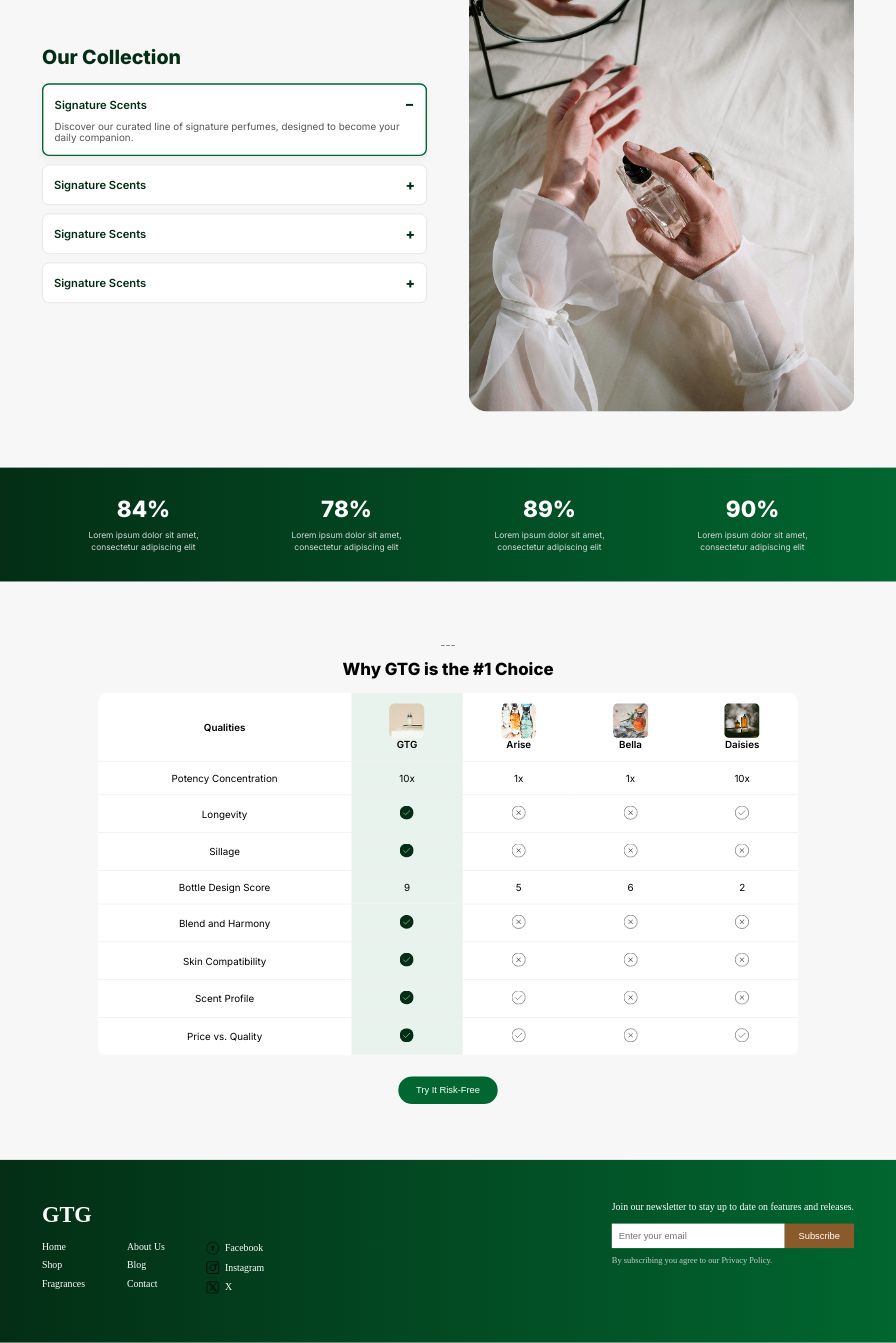
Repository: Prakashadavi/Assignment
Page: index.html
An editor plug-in stored every save of this project. The page is shown before and after a run of saves, followed by the edit.
The browser window is 1280 px wide. The pictures show the part of the page from y = 2220 to 4140 px (the page is 4138 px tall before and 4140 px after), at 70% of full size.
A picture or video elsewhere on the page could not be fetched, so the positions and the page height are approximate.

Above is the page before, as saved 2026-03-26 11:54:53.

After the next 5 saves:
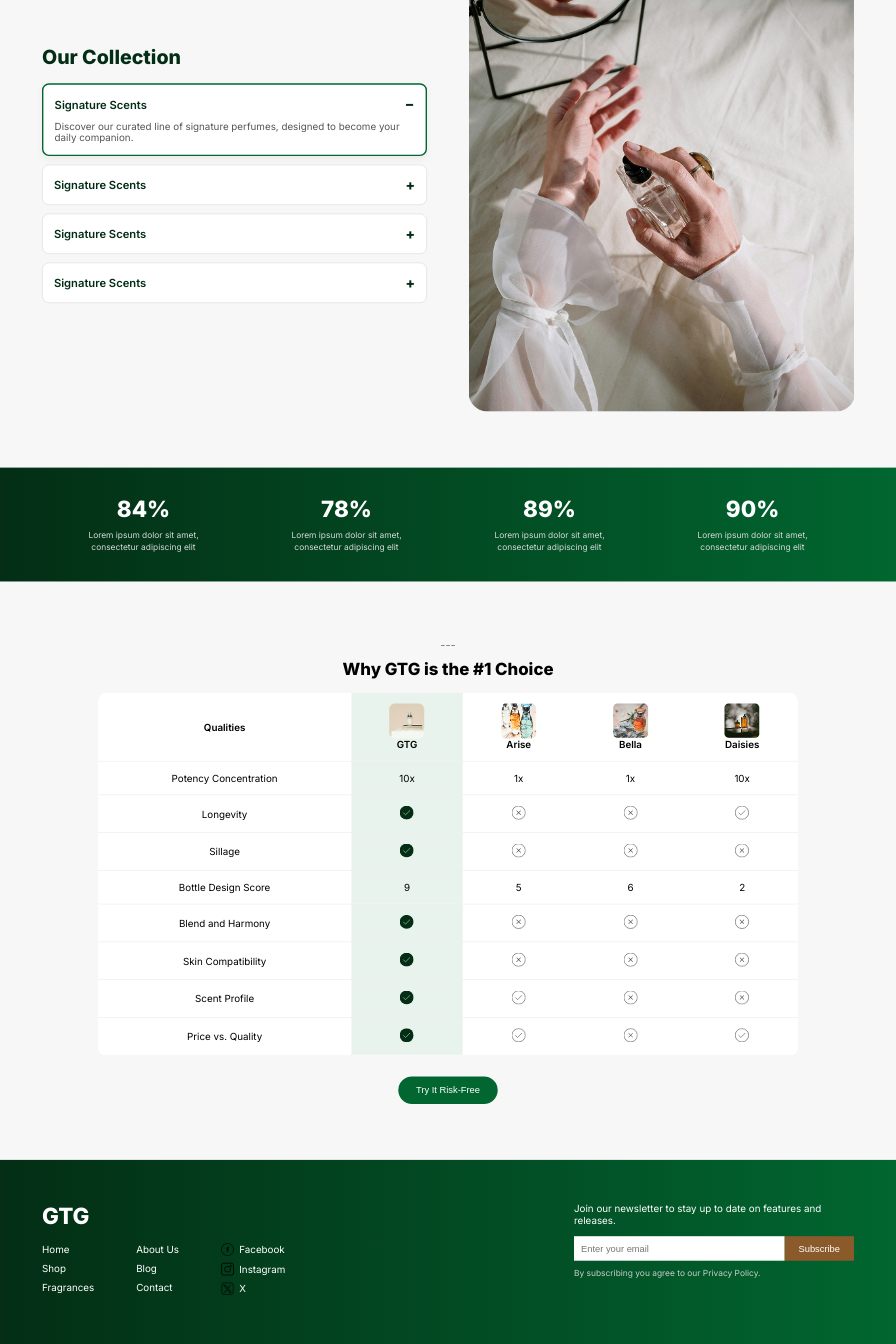
The 5 saves are shown as one change because they came seconds apart.
The last was saved 10 s later.
--- a/style.css
+++ b/style.css
@@ -725,7 +725,7 @@ input[type="radio"]{
   gap:50px;
   max-width:1200px;
   margin:auto;
-  font-family: oxi;
+  font-family:
 }
 
 
